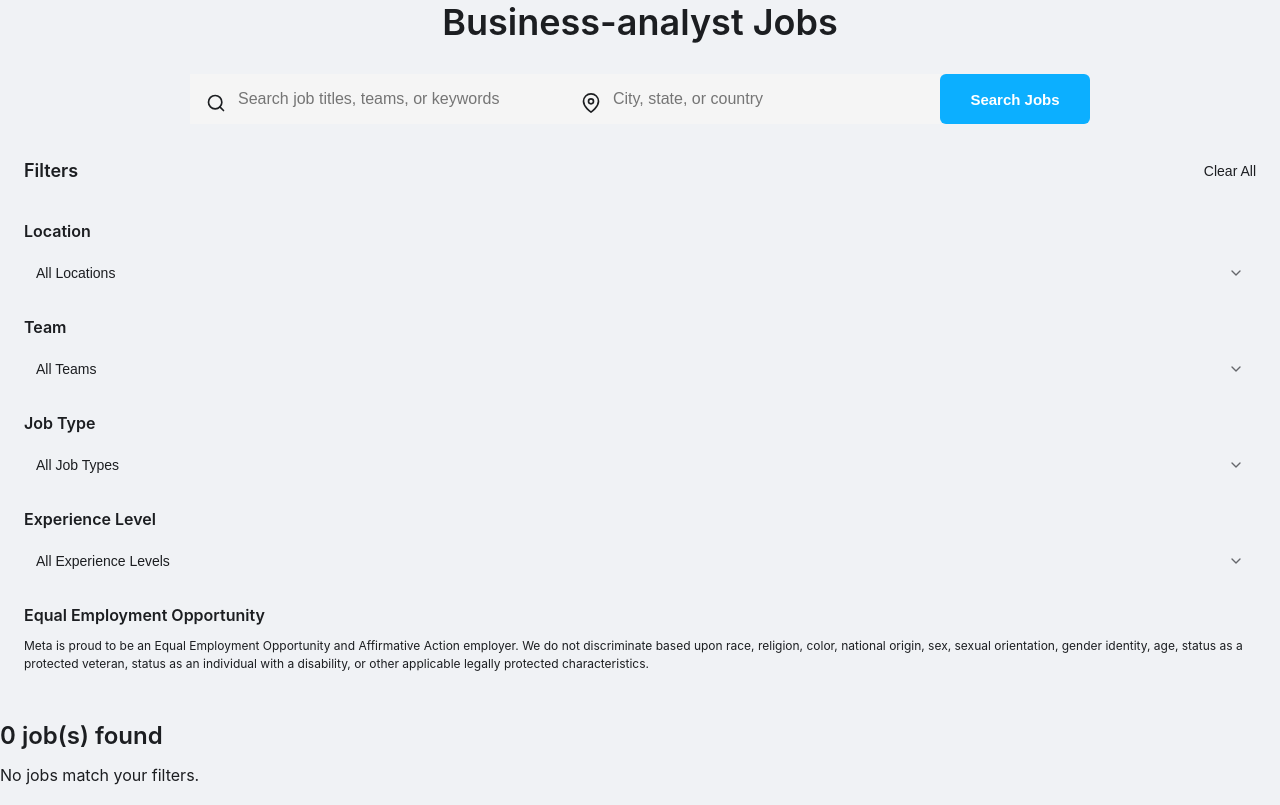
Repository: Siddharthkothiyal/GharPadhaaroCareerWebsite
Page: /jobs/business-analyst
An editor plug-in stored every save of this project. The page is shown before and after the next save, followed by the edit.
The browser window is 1280 px wide. The pictures show the whole page.
The project was rebuilt for these pictures with package versions that can differ from the ones it lists, and the page was loaded fresh each time. Also part of the build but not shown: src/components/CareerPortal/Header.css, src/components/CareerPortal/ResumeUpload.css, src/components/CareerPortal/ResumeUpload.js, src/components/CareerPortal/Header.js, src/components/CareerPortal/FeaturedTeams.css, src/components/CareerPortal/FeaturedTeams.js, src/components/CareerPortal/Footer.css, src/components/CareerPortal/Footer.js and 4 more.

Above is the page before, as saved 2025-06-20 16:10:08.

### public/index.html
<!DOCTYPE html>
<html lang="en">

<head>
  <meta charset="utf-8" />
  <link rel="icon" href="%PUBLIC_URL%/favicon.ico" />
  <meta name="viewport" content="width=device-width, initial-scale=1" />
  <meta name="theme-color" content="#000000" />
  <meta name="description" content="GharPadharo - Find your perfect stay" />

  <!-- Font Awesome CDN (latest) -->
  <link rel="stylesheet" href="https://cdnjs.cloudflare.com/ajax/libs/font-awesome/6.5.2/css/all.min.css"
    integrity="sha512-SnH5WK+bZxgPHs44uWIX+LLJAJ9/2PkPKZ5QiAj6Ta86w+fsb2TkcmfRyVX3pBnMFcV7oQPJkl9QevSCWr3W6A=="
    crossorigin="anonymous" referrerpolicy="no-referrer" />

  <link rel="apple-touch-icon" href="%PUBLIC_URL%/logo192.png" />
  <title>GharPadharo</title>
</head>

<body>
  <noscript>You need to enable JavaScript to run this app.</noscript>
  <div id="root"></div>
  <!--
      This HTML file is a template.
      If you open it directly in the browser, you will see an empty page.

      You can add webfonts, meta tags, or analytics to this file.
      The build step will place the bundled scripts into the <body> tag.

      To begin the development, run `npm start` or `yarn start`.
      To create a production bundle, use `npm run build` or `yarn build`.
    -->
</body>

</html>

### src/App.js
import React from 'react';
import { BrowserRouter as Router, Routes, Route } from 'react-router-dom';
import './App.css';
import CareerPortal from './components/CareerPortal';
import Login from './components/Auth/Login';
import Signup from './components/Auth/Signup';
import LandingPage from './components/LandingPage/LandingPage';

import JobCategory from './components/CareerPortal/JobListing/JobCategory';



function App() {
  return (
    <Router>
      <div className="App">
        <Routes>
          <Route path="/" element={<LandingPage />} />
          <Route path="/careers" element={<CareerPortal />} />
          <Route path="/login" element={<Login />} />
          <Route path="/signup" element={<Signup />} />

          <Route path="/jobs/:category" element={<JobCategory />} />



        </Routes>
      </div>
    </Router>
  );
}

export default App;

### src/components/CareerPortal/JobListing/JobCategory.js
import React, { useState } from 'react';
import { useParams } from 'react-router-dom';
import JobFilter from './JobFilters';
import JobListings from './JobListings';
import JobSearch from './JobSearch';

const JobCategory = () => {
  const { category } = useParams(); // get 'engineering', 'design', etc.

  const [filters, setFilters] = useState({
    location: '',
    team: '',
    jobType: '',
    experience: '',
  });

  const [searchQuery, setSearchQuery] = useState('');

  const handleFilterChange = (field, value) => {
    setFilters((prev) => ({ ...prev, [field]: value }));
  };

  return (
    <div className="job-category-page">
      <h2>{category.charAt(0).toUpperCase() + category.slice(1)} Jobs</h2>

      {/* Search bar */}
      <JobSearch onSearch={(query) => setSearchQuery(query)} />

      {/* Filters */}
      <JobFilter filters={filters} onFilterChange={handleFilterChange} />

      {/* Listings */}
      <JobListings
        filters={filters}
        searchQuery={searchQuery}
        category={category}
      />
    </div>
  );
};

export default JobCategory;

### src/components/CareerPortal/CareerPortal.css
/* GharPadharo Career Portal Styles */
:root {
  --gharpadhaaro-blue: #0866ff;
  --gharpadhaaro-blue-dark: #0756d6;
  --gharpadhaaro-gray: #f0f2f5;
  --gharpadhaaro-text: #1c1e21;
  --gharpadhaaro-text-secondary: #65676b;
  --gharpadhaaro-white: #ffffff;
  --gharpadhaaro-border: #dadde1;
  --gharpadhaaro-success: #42b72a;
  --gharpadhaaro-error: #fa383e;
  --gharpadhaaro-shadow: rgba(0, 0, 0, 0.1);
  --gharpadhaaro-radius: 8px;
  --gharpadhaaro-transition: all 0.2s ease;
}

/* Global Styles */
.career-portal {
  font-family: 'Optimistic Display', -apple-system, BlinkMacSystemFont, 'Segoe UI', Roboto, Oxygen, Ubuntu, Cantarell, 'Open Sans', 'Helvetica Neue', sans-serif;
  color: var(--gharpadhaaro-text);
  line-height: 1.5;
  background-color: var(--gharpadhaaro-white);
}

.container {
  max-width: 1200px;
  margin: 0 auto;
  padding: 0 24px;
}

/* Hero Section */
.hero-section {
  background: linear-gradient(135deg, #0866ff 0%, #535699 100%);
  color: var(--meta-white);
  padding: 80px 0;
  text-align: center;
}

.hero-content {
  max-width: 800px;
  margin: 0 auto;
  padding: 0 24px;
}

.hero-content h1 {
  font-size: 48px;
  font-weight: 700;
  margin-bottom: 24px;
  line-height: 1.2;
}

.hero-content p {
  color: black;
  font-size: 20px;
  margin-bottom: 40px;
  margin-left: 70px;

}

/* Job Search Section */
.job-search-section {
  padding: 60px 0;
  background-color: var(--meta-white);
}

.filters-and-results {
  display: grid;
  grid-template-columns: 300px 1fr;
  gap: 30px;
}

/* Featured Teams Section */
.featured-teams-section {
  padding: 80px 0;
  background-color: var(--meta-gray);
}

.featured-teams-section h2 {
  font-size: 36px;
  font-weight: 700;
  margin-bottom: 16px;
  text-align: center;
}

.featured-teams-section p {
  font-size: 18px;
  color: var(--meta-text-secondary);
  max-width: 700px;
  margin: 0 auto 40px;
  text-align: center;
}

/* Buttons */
.btn {
  display: inline-flex;
  align-items: center;
  justify-content: center;
  padding: 12px 24px;
  border-radius: 0px;
  font-weight: 600;
  font-size: 16px;
  cursor: pointer;
  transition: var(--meta-transition);
  border: none;
}

.btn-primary {
  background-color: var(--meta-blue);
  color: var(--meta-white);
}

.btn-primary:hover {
  background-color: var(--meta-blue-dark);
}

.btn-secondary {
  background-color: var(--meta-gray);
  color: var(--meta-text);
}

.btn-secondary:hover {
  background-color: #e4e6eb;
}

/* Form Elements */
.input-group {
  position: relative;
  margin-bottom: 16px;
}

.input-field {
  width: 100%;
  padding: 14px 16px;
  border-radius: var(--meta-radius);
  border: 1px solid var(--meta-border);
  font-size: 16px;
  transition: var(--meta-transition);
}

.input-field:focus {
  border-color: var(--meta-blue);
  outline: none;
  box-shadow: 0 0 0 2px rgba(8, 102, 255, 0.2);
}

/* Responsive */
@media (max-width: 992px) {
  .filters-and-results {
    grid-template-columns: 1fr;
  }

  .hero-content h1 {
    font-size: 36px;
  }

  .hero-content p {
    font-size: 18px;
  }
}

@media (max-width: 576px) {
  .hero-content h1 {
    font-size: 28px;
  }

  .hero-content p {
    font-size: 16px;
  }

  .featured-teams-section h2 {
    font-size: 28px;
  }
}

### src/components/Auth/Auth.css
/* Auth.css - Styles for Login and Signup components */

:root {
  --primary-color: #535699; /* GharPadharo blue */
  --secondary-color: #42B72A; /* GharPadharo green */
  --text-color: #1C1E21;
  --light-text: #606770;
  --error-color: #FA383E;
  --border-color: #DADDE1;
  --background-color: #F0F2F5;
  --card-background: #FFFFFF;
  --hover-color: #E7F3FF;
  --focus-shadow: 0 0 0 2px rgba(83, 86, 153, 0.2);
}

/* Auth Container */
.auth-container {
  display: flex;
  justify-content: center;
  align-items: center;
  min-height: 100vh;
  background-color: var(--background-color);
  padding: 20px;
}

/* Auth Card */
.auth-card {
  background-color: var(--card-background);
  border-radius: 8px;
  box-shadow: 0 2px 4px rgba(0, 0, 0, 0.1), 0 8px 16px rgba(0, 0, 0, 0.1);
  width: 100%;
  max-width: 400px;
  padding: 20px;
}

/* Auth Header */
.auth-header {
  text-align: center;
  margin-bottom: 20px;
}

.auth-logo {
  width: 40px;
  height: 40px;
  margin-bottom: 10px;
}

.auth-header h2 {
  font-size: 24px;
  font-weight: 600;
  color: var(--text-color);
  margin: 0;
}

.gharpadharo-logo{
  width: 60px;
  height: 60px;
}

/* Auth Form */
.auth-form {
  display: flex;
  flex-direction: column;
  gap: 16px;
}

.form-group {
  display: flex;
  flex-direction: column;
}

.form-group label {
  font-size: 14px;
  font-weight: 500;
  margin-bottom: 6px;
  color: var(--text-color);
}

.form-group input {
  padding: 12px 14px;
  border: 1px solid var(--border-color);
  border-radius: 6px;
  font-size: 16px;
  transition: border-color 0.2s, box-shadow 0.2s;
}

.form-group input:focus {
  outline: none;
  border-color: #535699;
  box-shadow: var(--focus-shadow);
}

.form-group input.error {
  border-color: var(--error-color);
}

.error-message {
  color: var(--error-color);
  font-size: 12px;
  margin-top: 4px;
}

/* Terms and Privacy */
.terms-privacy {
  font-size: 12px;
  color: 535699;
  margin-bottom: 10px;
  text-align: center;
}

.terms-privacy a {
  color: 535699;
  text-decoration: none;
}

.terms-privacy a:hover {
  text-decoration: underline;
}

/* Auth Button */
.auth-button {
  background-color: #535699;
  color: white;
  border: none;
  border-radius: 6px;
  padding: 12px;
  font-size: 16px;
  font-weight: 600;
  cursor: pointer;
  transition: background-color 0.2s;
  margin-top: 10px;
}

.auth-button:hover {
  background-color: #535699;
}

/* Auth Footer */
.auth-footer {
  margin-top: 20px;
  text-align: center;
}

.forgot-password {
  color: #535699;
  text-decoration: none;
  font-size: 14px;
  display: block;
  margin-bottom: 16px;
}

.forgot-password:hover {
  text-decoration: underline;
}

.auth-redirect {
  font-size: 14px;
  color: var(--light-text);
  margin: 0;
}

.auth-redirect a {
  color: #535699;
  text-decoration: none;
  font-weight: 500;
}

.auth-redirect a:hover {
  text-decoration: underline;
}

/* Responsive adjustments */
@media (max-width: 480px) {
  .auth-card {
    padding: 16px;
  }

  .auth-header h2 {
    font-size: 20px;
  }

  .form-group input {
    padding: 10px 12px;
    font-size: 14px;
  }

  .auth-button {
    padding: 10px;
    font-size: 14px;
  }
}

### src/components/LandingPage/LandingPage.css
/* LandingPage.css - Styles for the landing page */

:root {
  --primary-color: #535699; /* GharPadharo blue */
  --secondary-color: #42B72A; /* GharPadharo green */
  --text-color: #1C1E21;
  --light-text: #606770;
  --border-color: #DADDE1;
  --background-color: #F0F2F5;
  --card-background: #FFFFFF;
  --hover-color: #c8e4ff;
  --focus-shadow: 0 0 0 2px rgba(24, 119, 242, 0.2);
  --border-color: #blue;
  --background-color: #535699;
  --card-background: white;
  --hover-color: #E7F3FF;
  --focus-shadow: 0 0 0 2px rgba(83, 86, 153, 0.2);
}
/* General Styles */
.landing-page {
  font-family: 'Segoe UI', 'Helvetica Neue', sans-serif;
  color: var(--text-color);
  line-height: 1.5;
}

.container {
  max-width: 1200px;
  margin: 0 auto;
  padding: 0 20px;
}

section {
  padding: 60px 0;
}

h1, h2, h3, h4 {
  margin-top: 0;
  font-weight: 600;
}

h1 {
  font-size: 3rem;
  line-height: 1.2;
  margin-bottom: 20px;
}

h2 {
  font-size: 2.25rem;
  margin-bottom: 30px;
  text-align: center;
}

h3 {
  font-size: 1.5rem;
  margin-bottom: 15px;
}

p {
  margin-bottom: 20px;
}

.btn {
  display: inline-block;
  padding: 12px 24px;
  border-radius: 6px;
  font-weight: 600;
  text-decoration: none;
  text-align: center;
  cursor: pointer;
  transition: all 0.2s ease;
  margin-right: 12px;
  margin-bottom: 12px;
}

.btn-primary {
  background-color:  #0CAFFF;
  color: white;
  border: none;
}

.btn-primary:hover {
  background-color: whitesmoke;
  color: black;
}

.btn-secondary {
  background-color: var(--secondary-color);
  color: white;
  border: none;
}

.btn-secondary:hover {
  background-color: whitesmoke;
  color: black;
}

.btn-outline {
  background-color: white;
  color: black;
  border: white;
}

.btn-outline:hover {
  background-color: #0CAFFF;
  color: black;
}

/* Hero Section */
.hero {
  background-color: var(--background-color);
  padding: 80px 0;
}

.hero .container {
  display: flex;
  align-items: center;
  justify-content: space-between;
  gap: 40px;
}

.hero-content {
  flex: 1;
}

.hero-content p {
  font-size: 1.25rem;
  color: 535699;
  margin-bottom: 30px;
  max-width: 600px;
}

.hero-buttons {
  display: flex;
  flex-wrap: wrap;
}

.hero-image {
  flex: 1;
  display: flex;
  justify-content: center;
  align-items: center;
}

.image-placeholder {
  background-color: 535699;
  border-radius: 12px;
  padding: 20px;
  display: flex;
  justify-content: center;
  align-items: center;
}


/* Features Section */
.features {
  background-color: white;
}

.features-grid {
  display: grid;
  grid-template-columns: repeat(auto-fit, minmax(250px, 1fr));
  gap: 30px;
  margin-top: 40px;
}

.feature-card {
  background-color: var(--card-background);
  border-radius: 12px;
  padding: 30px;
  box-shadow: 0 2px 4px rgba(0, 0, 0, 0.05);
  transition: transform 0.3s ease, box-shadow 0.3s ease;
}

.feature-card:hover {
  transform: scale(1.05);
  box-shadow: 0 10px 20px rgba(0, 0, 0, 0.1);
}

.feature-icon {
  margin-bottom: 20px;
}

.feature-card h3 {
  color: var(--text-color);
}

.feature-card p {
  color: var(--light-text);
  margin-bottom: 0;
}

/* Teams Section */
.teams-section {
  background-color: var(--background-color);
}

.section-description {
  text-align: center;
  max-width: 700px;
  margin: 0 auto 40px;
  color:white;
  font-size: 1.1rem;
}

.teams-carousel {
  display: grid;
  grid-template-columns: repeat(auto-fit, minmax(250px, 1fr));
  gap: 20px;
  margin-top: 30px;
}

.team-item {
  background-color: white;
  border-radius: 8px;
  padding: 25px;
  box-shadow: 0 2px 4px rgba(0, 0, 0, 0.05);
  transition: transform 0.3s ease;
}

.team-item:hover {
  transform: translateY(-5px);
}

.team-item h3 {
  color: var(--primary-color);
  margin-bottom: 10px;
}

.team-item p {
  color: var(--light-text);
  margin-bottom: 15px;
}

.team-link {
  color: var(--primary-color);
  text-decoration: none;
  font-weight: 600;
  display: inline-flex;
  align-items: center;
}

.team-link span {
  margin-left: 5px;
  transition: transform 0.2s ease;
}

.team-link:hover span {
  transform: translateX(3px);
}

/* Testimonials Section */
.testimonials {
  background-color: white;
}

.testimonial-card {
  max-width: 800px;
  margin: 0 auto;
  background-color: var(--card-background);
  border-radius: 12px;
  padding: 40px;
  box-shadow: 0 4px 12px rgba(0, 0, 0, 0.08);
  position: relative;
}

.quote-mark {
  font-size: 60px;
  color: var(--primary-color);
  opacity: 0.2;
  position: absolute;
  top: 20px;
  left: 20px;
  line-height: 1;
}

.testimonial-text {
  font-size: 1.25rem;
  line-height: 1.6;
  margin-bottom: 30px;
  position: relative;
  z-index: 1;
}

.testimonial-author {
  display: flex;
  align-items: center;
}

.author-avatar {
  width: 50px;
  height: 50px;
  border-radius: 50%;
  background-color: var(--primary-color);
  margin-right: 15px;
}

.author-info h4 {
  margin: 0;
  font-size: 1.1rem;
}

.author-info p {
  margin: 5px 0 0;
  color: var(--light-text);
  font-size: 0.9rem;
}

/* CTA Section */
.cta-section {
  background-color: var(--primary-color);
  color: white;
  text-align: center;
  padding: 80px 0;
}

.cta-section h2 {
  color: white;
  margin-bottom: 15px;
}

.cta-section p {
  color: rgba(255, 255, 255, 0.9);
  font-size: 1.2rem;
  margin-bottom: 30px;
  max-width: 700px;
  margin-left: auto;
  margin-right: auto;
}

.cta-buttons {
  display: flex;
  justify-content: center;
  flex-wrap: wrap;
  gap: 15px;
}

.cta-section .btn-primary {
  background-color: #42B72A;
  color:black;
}

.cta-section .btn-primary:hover {
  background-color: #f5f5f5;
}

.cta-section .btn-secondary {
  background-color: transparent;
  color: white;
  border: 1px solid white;
}

.cta-section .btn-secondary:hover {
  background-color: rgba(255, 255, 255, 0.1);
}

/* Responsive Styles */
@media (max-width: 992px) {
  h1 {
    font-size: 2.5rem;
  }

  h2 {
    font-size: 2rem;
  }

  .hero .container {
    flex-direction: column;
  }

  .hero-content, .hero-image {
    flex: none;
    width: 100%;
    text-align: center;
  }

  .hero-content p {
    margin-left: auto;
    margin-right: auto;
  }

  .hero-buttons {
    justify-content: center;
  }
}

@media (max-width: 768px) {
  section {
    padding: 40px 0;
  }

  h1 {
    font-size: 2rem;
  }

  h2 {
    font-size: 1.75rem;
  }

  .features-grid, .teams-carousel {
    grid-template-columns: 1fr;
  }

  .testimonial-card {
    padding: 30px 20px;
  }

  .testimonial-text {
    font-size: 1.1rem;
  }
}

### src/components/CareerPortal/JobListing/JobSearch.css
/* Job Search Styles */
.job-search {
  width: 100%;
  max-width: 900px;
  margin: 0 auto;
}

.search-container {
  display: flex;
  background-color: var(--meta-white);
  border-radius: var(--meta-radius);
  /* box-shadow: 0 4px 12px rgba(0, 0, 0, 0.15); */
  overflow: hidden;
}

.search-input-group {
  flex: 1;
  position: relative;
  border-right: 1px solid var(--meta-border);
}

.search-input-group:last-of-type {
  border-right: none;
}

.search-icon {
  position: absolute;
  left: 16px;
  top: 50%;
  transform: translateY(-50%);
  color: var(--meta-text-secondary);
}

.search-input {
  width: 100%;
  padding: 16px 16px 16px 48px;
  border: none;
  font-size: 16px;
  background: whitesmoke;
}

.search-input:focus {
  outline: none;
}

.search-button {
  padding: 10px 32px;
  border-radius: 90%;
  height: 100%;
  font-size: 10px;
  white-space: nowrap;
  background-color: var(--gharpadhaaro-white);
}

.searchBtn-div {
  width: 150px;
}

.searchBtn {
  height: 50px;
  width: 100%;
  font-size: 15px;
}

/* Responsive */
@media (max-width: 768px) {
  .search-container {
    flex-direction: column;
  }

  .search-input-group {
    border-right: none;
    border-bottom: 1px solid var(--meta-border);
  }

  .search-input-group:last-of-type {
    border-bottom: none;
  }

  .search-button {
    padding: 16px;
  }

  .searchBtn-div {
    width: 100%;
  }
}

### src/components/CareerPortal/JobListing/JobFilters.css
/* Job Filters Styles */
.job-filters {
  background-color: var(--meta-white);
  border-radius: var(--meta-radius);
  padding: 24px;
  box-shadow: 0 2px 8px var(--meta-shadow);
  height: fit-content;
}

.filter-header {
  display: flex;
  justify-content: space-between;
  align-items: center;
  margin-bottom: 24px;
  padding-bottom: 16px;
  border-bottom: 1px solid var(--meta-border);
}

.filter-header h3 {
  font-size: 18px;
  font-weight: 600;
  margin: 0;
}

.clear-filters {
  background: none;
  border: none;
  color: var(--meta-blue);
  font-size: 14px;
  font-weight: 500;
  cursor: pointer;
  transition: var(--meta-transition);
}

.clear-filters:hover {
  text-decoration: underline;
}

.filter-section {
  margin-bottom: 24px;
}

.filter-section h4 {
  font-size: 16px;
  font-weight: 600;
  margin: 0 0 12px 0;
  color: var(--meta-text);
}

.filter-select {
  width: 100%;
  padding: 12px;
  border-radius: var(--meta-radius);
  border: 1px solid var(--meta-border);
  background-color: var(--meta-white);
  font-size: 14px;
  color: var(--meta-text);
  transition: var(--meta-transition);
  appearance: none;
  background-image: url("data:[embedded picture, 264 characters]");
  background-repeat: no-repeat;
  background-position: right 12px center;
  cursor: pointer;
}

.filter-select:focus {
  border-color: var(--meta-blue);
  outline: none;
  box-shadow: 0 0 0 2px rgba(8, 102, 255, 0.2);
}

.eeo-statement {
  font-size: 12px;
  line-height: 1.5;
  color: var(--meta-text-secondary);
  margin: 0;
}

/* Responsive */
@media (max-width: 992px) {
  .job-filters {
    margin-bottom: 30px;
  }
}

### src/components/CareerPortal/JobListing/JobListings.css
/* Job Listings Styles */
.job-listings {
  width: 100%;
}

.listings-header {
  display: flex;
  justify-content: space-between;
  align-items: center;
  margin-bottom: 24px;
}

.listings-header h2 {
  font-size: 24px;
  font-weight: 700;
  margin: 0;
}

.listings-header p {
  color: var(--meta-text-secondary);
  margin: 0;
  font-size: 14px;
}

.job-list {
  display: flex;
  flex-direction: column;
  gap: 16px;
}

.job-card {
  background-color: var(--meta-white);
  border-radius: var(--meta-radius);
  padding: 24px;
  box-shadow: 0 2px 8px var(--meta-shadow);
  transition: var(--meta-transition);
  border: 1px solid var(--meta-border);
}

.job-card:hover {
  transform: translateY(-2px);
  box-shadow: 0 4px 12px var(--meta-shadow);
  border-color: var(--meta-blue);
}

.job-card-header {
  display: flex;
  justify-content: space-between;
  align-items: flex-start;
  margin-bottom: 16px;
}

.job-title {
  font-size: 20px;
  font-weight: 600;
  margin: 0;
  color: var(--meta-blue);
}

.job-type {
  background-color: var(--meta-gray);
  padding: 6px 12px;
  border-radius: 20px;
  font-size: 12px;
  font-weight: 500;
  color: var(--meta-text);
}

.job-details {
  display: flex;
  flex-wrap: wrap;
  gap: 16px;
  margin-bottom: 16px;
}

.job-detail {
  display: flex;
  align-items: center;
  color: var(--meta-text-secondary);
  font-size: 14px;
}

.job-detail svg {
  margin-right: 8px;
}

.job-description {
  margin-bottom: 24px;
  line-height: 1.6;
  color: var(--meta-text);
}

.job-card-footer {
  display: flex;
  gap: 12px;
}

/* Pagination */
.pagination {
  display: flex;
  justify-content: center;
  margin-top: 32px;
  gap: 8px;
}

.pagination-btn {
  padding: 8px 16px;
  border: 1px solid var(--meta-border);
  background-color: var(--meta-white);
  border-radius: var(--meta-radius);
  cursor: pointer;
  transition: var(--meta-transition);
  font-size: 14px;
  color: var(--meta-text);
}

.pagination-btn:hover:not(:disabled) {
  background-color: var(--meta-gray);
  border-color: var(--meta-text-secondary);
}

.pagination-btn.active {
  background-color: var(--meta-blue);
  color: var(--meta-white);
  border-color: var(--meta-blue);
}

.pagination-btn:disabled {
  opacity: 0.5;
  cursor: not-allowed;
}

/* No Jobs Found */
.no-jobs-found {
  display: flex;
  flex-direction: column;
  align-items: center;
  justify-content: center;
  padding: 48px;
  background-color: var(--meta-white);
  border-radius: var(--meta-radius);
  box-shadow: 0 2px 8px var(--meta-shadow);
  text-align: center;
}

.no-jobs-found svg {
  color: var(--meta-text-secondary);
  margin-bottom: 16px;
}

.no-jobs-found h3 {
  font-size: 20px;
  font-weight: 600;
  margin: 0 0 8px 0;
}

.no-jobs-found p {
  color: var(--meta-text-secondary);
  margin: 0;
}

/* Responsive */
@media (max-width: 576px) {
  .job-card-header {
    flex-direction: column;
    gap: 8px;
  }

  .job-card-footer {
    flex-direction: column;
  }

  .job-details {
    flex-direction: column;
    gap: 8px;
  }
}

Loaded but not shown: src/index.js (common file); src/index.css (common file); src/reportWebVitals.js (common file); src/App.css (common file); src/components/CareerPortal/JobListing/JobListings.js (182 lines, source omitted); src/components/CareerPortal/JobListing/JobFilters.js (137 lines, source omitted); src/components/CareerPortal/JobListing/JobSearch.js (61 lines, source omitted)

After the next save:
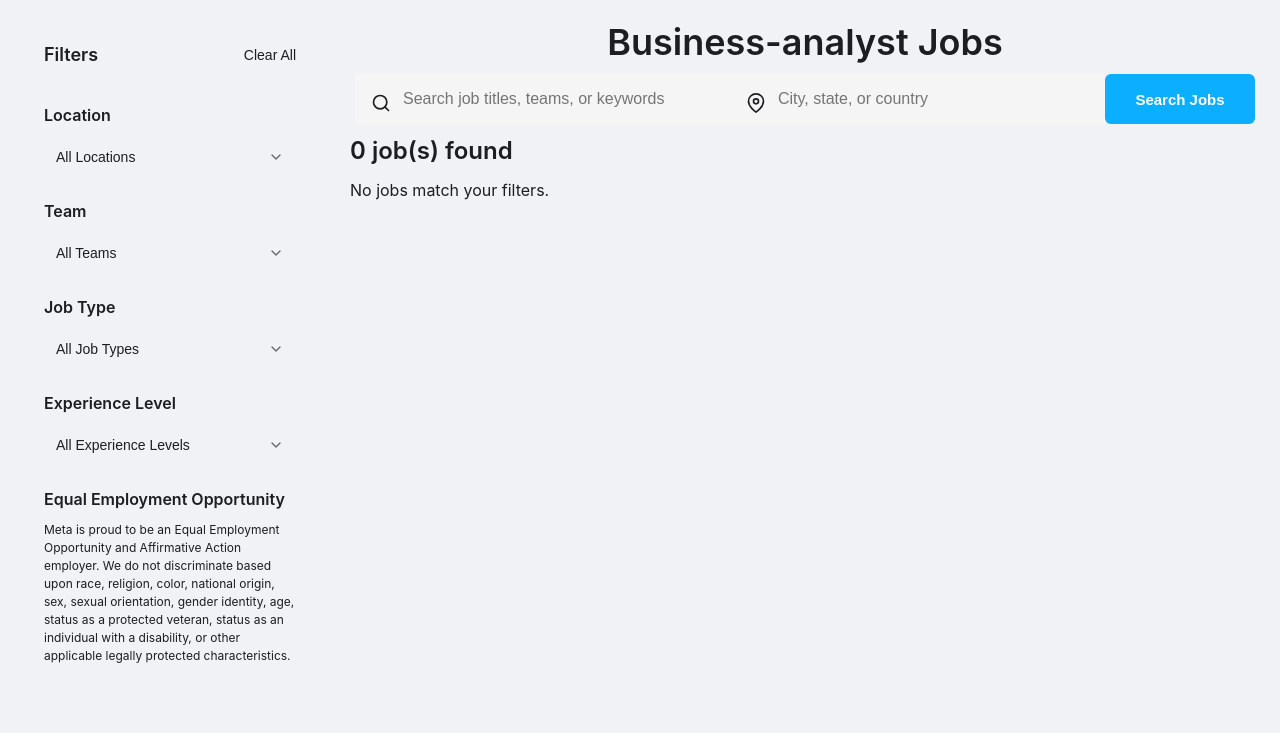
Saved 4 min 1 s later.
--- a/src/components/CareerPortal/JobListing/JobCategory.js
+++ b/src/components/CareerPortal/JobListing/JobCategory.js
@@ -21,21 +21,34 @@ const JobCategory = () => {
   };
 
   return (
-    <div className="job-category-page">
-      <h2>{category.charAt(0).toUpperCase() + category.slice(1)} Jobs</h2>
+    <div
+      className="job-category-page"
+      style={{
+        display: 'flex',
+        gap: '30px',
+        padding: '20px',
+        alignItems: 'flex-start',
+      }}
+    >
+      {/* Left Sidebar: Filters */}
+      <div style={{ flex: '1', maxWidth: '300px' }}>
+        <JobFilter filters={filters} onFilterChange={handleFilterChange} />
+      </div>
 
-      {/* Search bar */}
-      <JobSearch onSearch={(query) => setSearchQuery(query)} />
+      {/* Main Content: Heading + Search + Listings */}
+      <div style={{ flex: '3' }}>
+        <h2 style={{ marginBottom: '10px' }}>
+          {category.charAt(0).toUpperCase() + category.slice(1)} Jobs
+        </h2>
 
-      {/* Filters */}
-      <JobFilter filters={filters} onFilterChange={handleFilterChange} />
+        <JobSearch onSearch={(query) => setSearchQuery(query)} />
 
-      {/* Listings */}
-      <JobListings
-        filters={filters}
-        searchQuery={searchQuery}
-        category={category}
-      />
+        <JobListings
+          filters={filters}
+          searchQuery={searchQuery}
+          category={category}
+        />
+      </div>
     </div>
   );
 };
